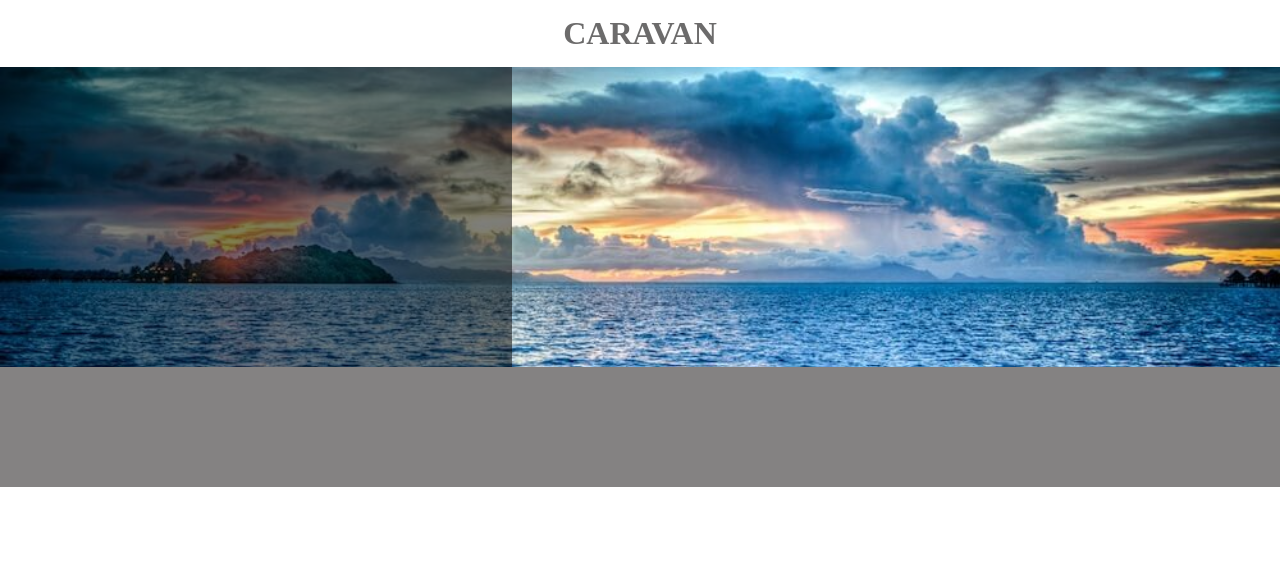
Repository: sawaweb/caravan
Page: caravan/index.html
The author's editor kept a record of every edit. The page is drawn from the files as they stood at one moment, then again after the next edit.
The browser window is 1280 px wide. The pictures show the whole page.

Above is the page before.

### caravan/index.html
<!DOCTYPE html>
<html lang="ja">
  <head>
    <meta charset="UTF-8" />
    <link rel="stylesheet" href="style.css" />
    <title>CARAVAN</title>
  </head>

  <body>
    <header>
        <h1 class="heading">
            <a href="index.html">
        CARAVAN
            </a>
        </h1>
    </header>
    <div class="main-visual">
      <div class="main-visual-content"></div>
    </div>

    <div class="main">
      <div class="blog"></div>
      <div class="sidebar"></div>
    </div>

    <footer></footer>  </body>
</html>

### caravan/style.css
* {
  margin: 0;
  padding: 0;
  box-sizing: border-box;
  color: #6c6b6b;
}

a {
  text-decoration: none;
}

header {
  width: 90%;
  padding: 15px 0;
  margin: 0 auto;
  text-align: center;
}

header .heading {
  font-size: 32px;
}

.nav-list {
  text-align: center;
  padding: 10px 0;
  margin: 0 auto;
}

.nav-list-item {
  list-style: none;
  display: inline-block;
  margin: 0 20px;
}

.main-visual {
  width: 100%;
  height: 300px;
  background-image: url(img/mv.jpg);
  background-size: cover;
  background-position: center;
}

.main-visual-content {
  width: 40%; /* 横幅40% */
  height: 300px; /* 親の高さに揃える */
  background-color: rgba(0, 0, 0, 0.5); /* 背景色を半透明の黒にする */
  text-align: center; /* 文字を中央揃えにする */
  padding-top: 105px; /* 上側の内側余白で垂直方向の位置を調整 */
}

.main-visual-text {
  color: #fff; /* 文字色を白に変更 */
}

.main-visual-name {
  margin-top: 30px; /* 上側の外側の余白 */
  color: #fff; /* 文字色を白に変更 */
}

main {
  width: 800px; /* 横幅800px */
  display: flex; /* Flexboxの利用 */
  justify-content: center; /* 要素の横並び・中央寄せ */
  margin: 0 auto; /* 要素の中央揃え */
  padding: 70px 0; /* 上下に70px、左右に0pxの内側余白 */
}

.blog {
  width: 540px;
  margin-right: 30px; /* 領域の右側余白 */
}

.blog-heading {
  border-bottom: 8px solid #f7f7f7;
  text-align: center;
  line-height: 0.6;
}

.blog-box {
  padding-top: 50px;
}

.blog-item {
  padding-bottom: 20px;
  margin-bottom: 20px;
  border-bottom: 1px solid #f7f7f7;
  display: flex;
  justify-content: flex-start;
}

.blog-image {
  height: 180px;
}

.blog-text {
  padding: 25px 0 0 30px;
}

.blog-text-heading {
  padding-bottom: 15px;
}

.blog-date {
  font-size: 12px;
  display: inline-block;
}

.category {
  display: inline-block;
  padding: 5px 8px;
  background-color: #acabab;
  border-radius: 3px;
  color: #fff;
  font-size: 11px;
}

.pagination {
  text-align: center;
  padding-top: 50px;
}

.pagination p {
  display: inline-block;
  width: 30px;
  height: 30px;
  margin: 0 5px;
  color: #fff;
  background-color: #acabab;
  border-radius: 3px;
  line-height: 30px;
}

.sidebar {
  width: 230px;
}

.common-heading {
  border-bottom: 8px solid #f7f7f7;
  text-align: center;
  line-height: 0.6;
}

.sidebar-contents {
  padding: 50px 0;
}

.popular-text,
.categories-text {
  padding-bottom: 5px;
  border-bottom: 1px solid #f7f7f7;
  margin-bottom: 5px;
}

.popular-text:last-child,
.categories-text:last-child {
  margin: 0;
  padding: 0;
  border: none;
}

.instagram .sidebar-contents {
  display: flex;
  flex-wrap: wrap;
}

.instagram-box {
  width: 110px;
  padding-top: 110px;
  background-size: cover;
  background-position: center;
  margin-bottom: 10px;
}

.instagram-box:nth-child(odd) {
  margin: 0 10px 10px 0;
}

.instagram-box:nth-child(1) {
  background-image: url(img/airport.jpg);
}

.instagram-box:nth-child(2) {
  background-image: url(img/japan.jpg);
}

.instagram-box:nth-child(3) {
  background-image: url(img/snow.jpg);
}

.instagram-box:nth-child(4) {
  background-image: url(img/japan2.jpg);
}

.instagram-box:nth-child(5) {
  background-image: url(img/lake.jpg);
}

.instagram-box:nth-child(6) {
  background-image: url(img/road.jpg);
}

footer {
  width: 100%;
  height: 120px;
  text-align: center;
  line-height: 120px;
  background-color: #848282;
}

.footer-text {
  color: #fff;
}

After the next edit:
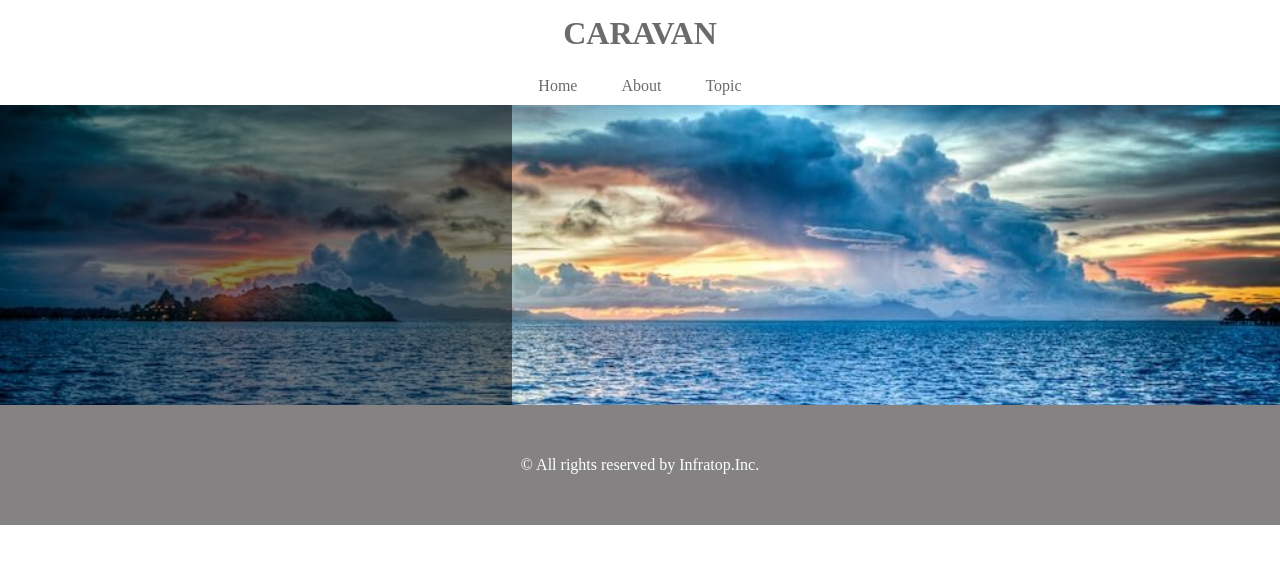
The edit:
--- a/caravan/index.html
+++ b/caravan/index.html
@@ -7,21 +7,40 @@
   </head>
 
   <body>
+    <!-- header -->
     <header>
-        <h1 class="heading">
-            <a href="index.html">
-        CARAVAN
-            </a>
-        </h1>
+      <h1 class="heading">
+        <a href="index.html">
+          CARAVAN
+        </a>
+      </h1>
     </header>
+
+    <!-- navigation -->
+    <nav>
+      <ul class="nav-list">
+        <li class="nav-list-item">
+          <a href="index.html">Home</a>
+        </li>
+        <li class="nav-list-item">About</li>
+        <li class="nav-list-item">Topic</li>
+      </ul>
+    </nav>
+
+    <!-- main-visual用のdiv -->
     <div class="main-visual">
       <div class="main-visual-content"></div>
     </div>
 
+    <!-- main用のdiv -->
     <div class="main">
       <div class="blog"></div>
       <div class="sidebar"></div>
     </div>
 
-    <footer></footer>  </body>
+    <!-- footer -->
+    <footer>
+      <p class="footer-text">© All rights reserved by Infratop.Inc.</p>
+    </footer>
+  </body>
 </html>
